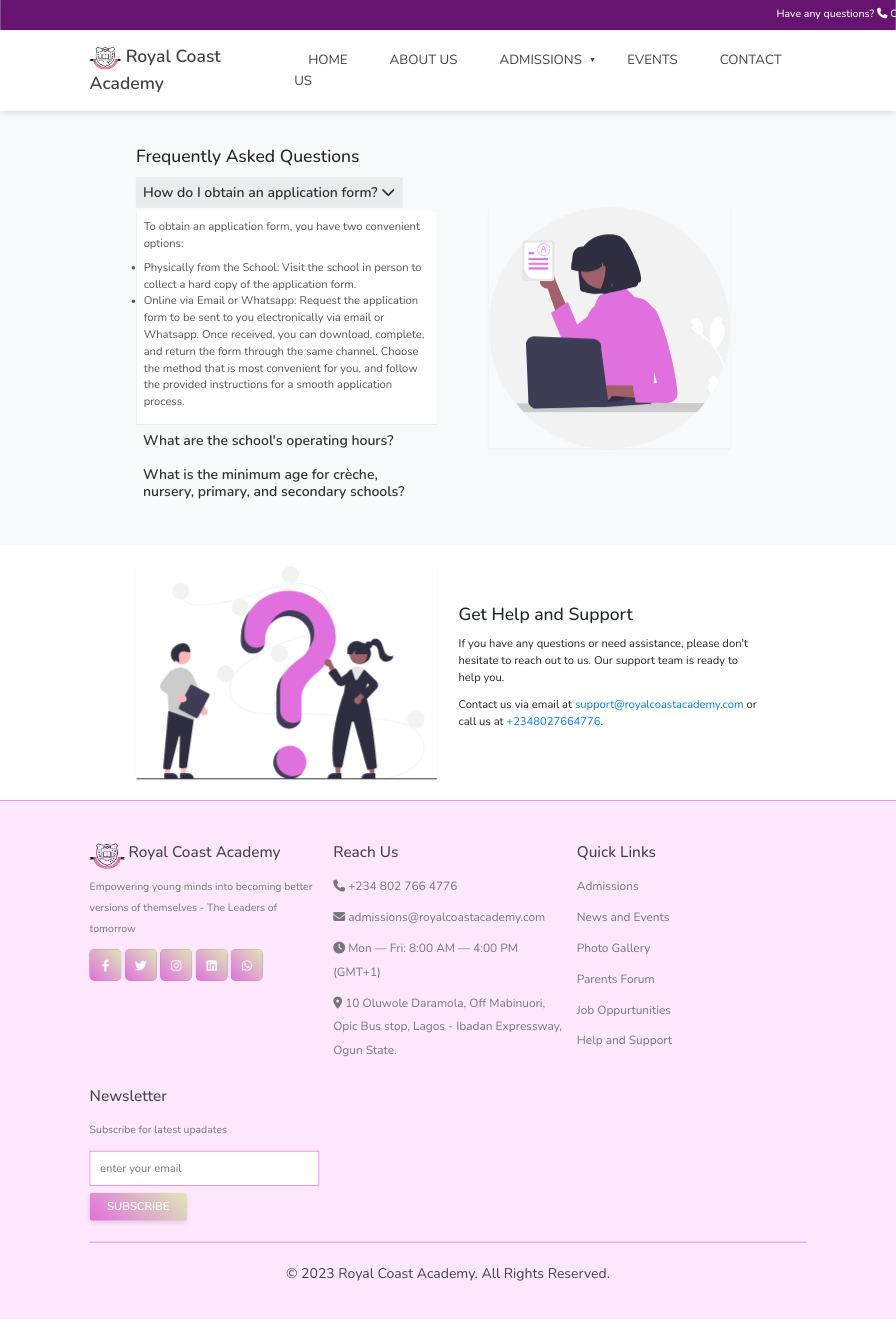
Repository: AdeniranZion/RC-Academy
Page: http://localhost/faq.php
These files come from the project's save history. The page is drawn as it stood at one moment and after the next save; the edit follows.
The browser window is 1280 px wide. The pictures show the whole page, at 70% of full size.
Some web libraries are served in a nearby version. The page is run by PHP 8.4 with error messages shown; the project is at /var/www/html/.

Above is the page before, as saved 2024-06-24 07:14:53.
Console error: TypeError: Cannot set properties of null (setting 'onclick')

After the next save:
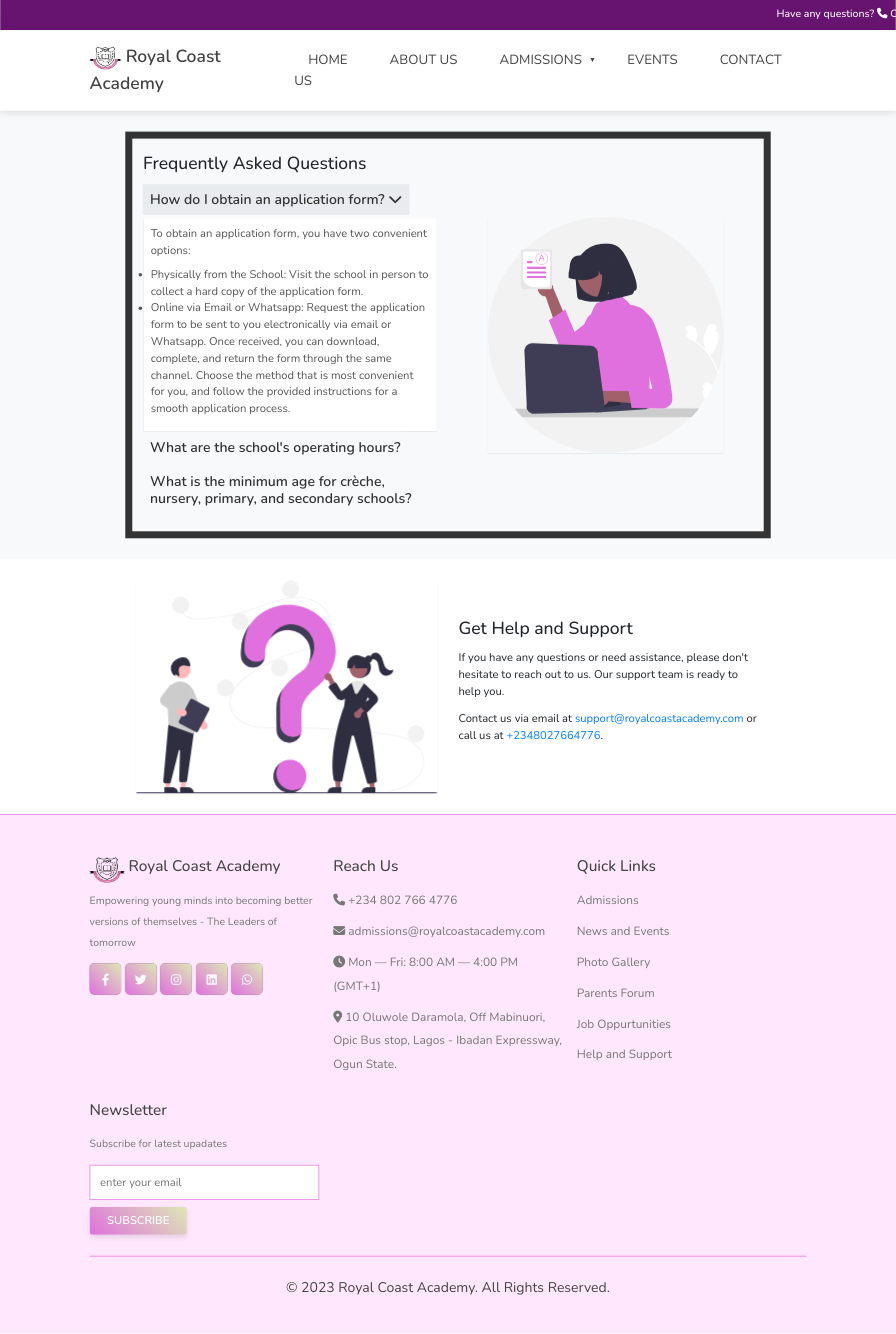
Saved 61 s later.
--- a/faq.php
+++ b/faq.php
@@ -35,7 +35,7 @@
 
 
 <section class="faq-section py-5 bg-light">
-    <div class="container" style="border: 10px; border-color:#333">
+    <div class="container" style="border: 10px solid #333">
         <div class="row align-items-center">
             <div class="col-lg-6" data-aos="fade-right" style="margin: 20px 0;">
                 <div class="faq-content">

After the save that followed:
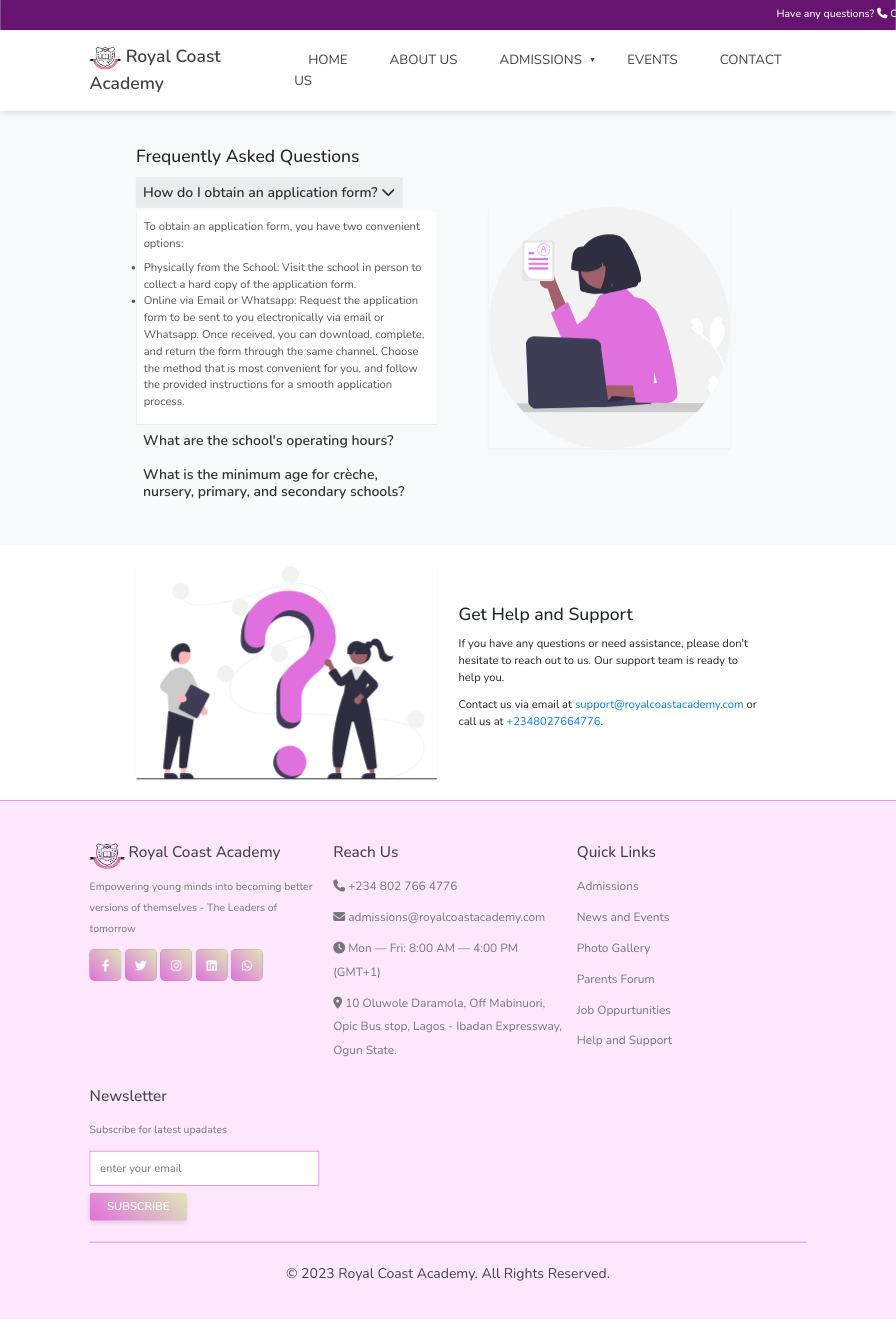
Saved 15 s later.
--- a/faq.php
+++ b/faq.php
@@ -35,7 +35,7 @@
 
 
 <section class="faq-section py-5 bg-light">
-    <div class="container" style="border: 10px solid #333">
+    <div class="container">
         <div class="row align-items-center">
             <div class="col-lg-6" data-aos="fade-right" style="margin: 20px 0;">
                 <div class="faq-content">
